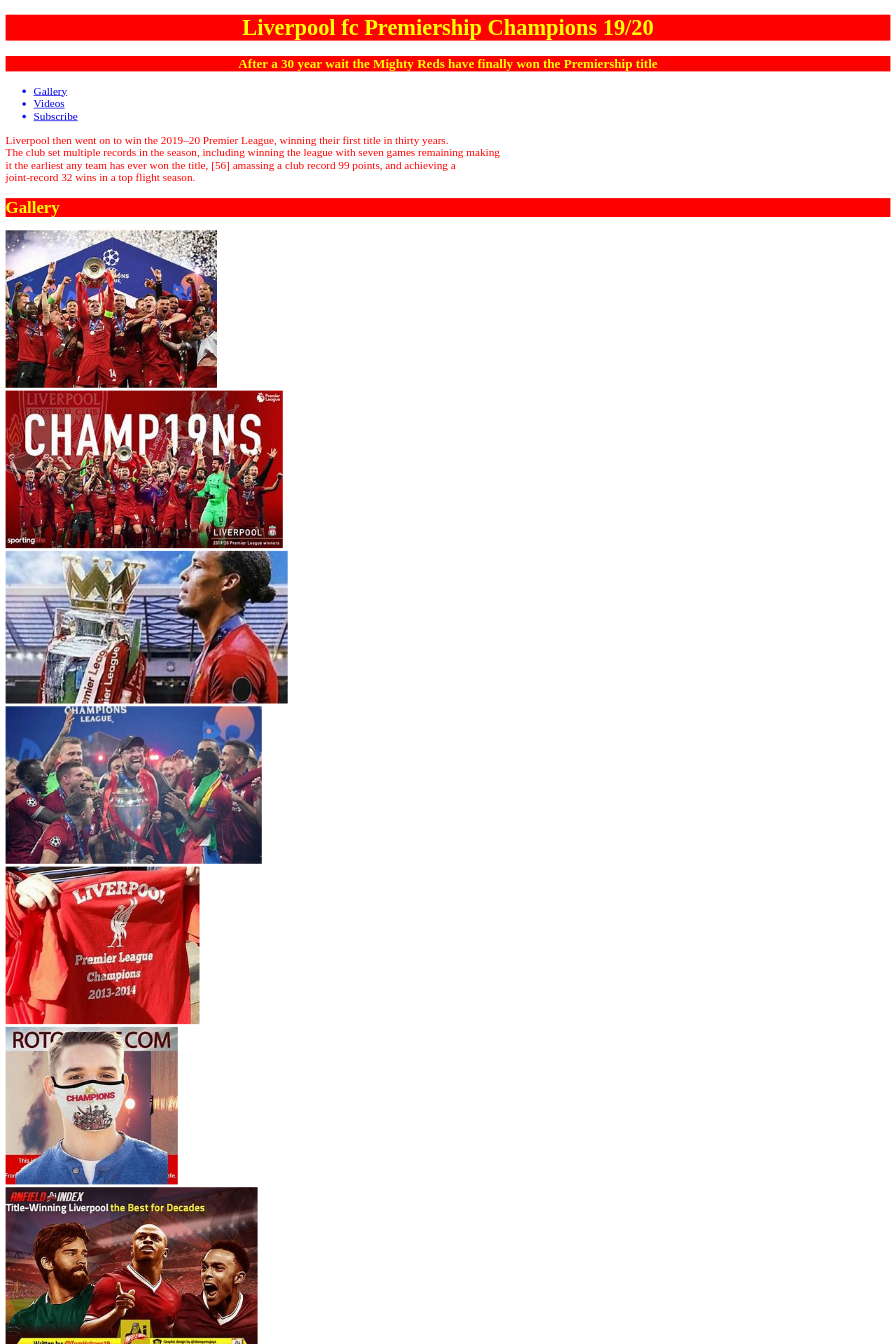
Repository: andyd71/HTML_and_CSS
Page: one_page_website/One_Page_Website.html
An editor plug-in stored every save of this project. The page is shown before and after the next save, followed by the edit.
The browser window is 1280 px wide. The pictures show the part of the page from y = 0 to 1920 px (the page is 3104 px tall before and 1741 px after), at 70% of full size.
Pictures or frames that could not be fetched are drawn as grey boxes.

Above is the page before, as saved 2020-10-09 13:05:51.

### one_page_website/One_Page_Website.html
<!DOCTYPE html>
<html lang="en">
<head>
<meta charset="utf-8">
<title>My LFC webpage</title>
<link rel = "stylesheet" type = "text/CSS" href = "./css/One_Page_Website.css">
</head>
<body>
<div id="home">
<header>
<h1>Liverpool fc Premiership Champions 19/20 </h1>
<h3>After a 30 year wait the Mighty Reds have finally won the Premiership title</h3>
</header>
<!--NAV-->

</div>
<div>
<ul>
<a href="#gallery"><li>Gallery</li>
<a href="#videos"><li>Videos</li>
<a href="#subscription"><li>Subscribe</li></a>
</ul>
</div>
<!--END NAV-->
<!--HOME-->
<div id="home">
<p>Liverpool then went on to win the 2019–20 Premier League, winning their first title in thirty years.<br>
 The club set multiple records in the season, including winning the league with seven games remaining making<br>
 it the earliest any team has ever won the title, [56] amassing a club record 99 points, and achieving a <br>
 joint-record 32 wins in a top flight season.</p>
 </div>
 <!--END HOME-->
 <!--GALLERY-->
 <h2>Gallery</h2>
 <div id="gallery">
    <div id="flex-container">

 <img src="./images/lfc1.jpeg" alt="lfc celebrations"></img><br>
 <img src="./images/lfc2.jpeg" alt="lfc celebrations2"></img><br>
 <img src="./images/lfc3.jpeg" alt="van dyk and trophy"></img><br>
 <img src="./images/lfc4.jpeg" alt="jurgen klopp"></img><br>
 <img src="./images/lfc5.jpeg" alt="lfc t shirt"></img><br>
 <img src="./images/lfc6.jpeg" alt="lfc face mask"></img><br>
 <img src="./images/lfc7.jpeg" alt="lfc trio"></img><br>
 <img src="./images/lfc8.jpeg" alt="jurgen klopp 2"></img><br>
 <img src="./images/lfc9.jpeg" alt="jurgen klopp 3"></img><br>
</div>
</div>
 <!--END GALLERY-->
 <!--VIDEO-->
 <div id="videos">
 <h2>Videos</h2>
 <p>All the premier league goals leading upto being crowned premiership champions</p>
 <iframe width="560" height="315" src="https://www.bing.com/videos/search?q=lfc+premier+league+champions&&view=detail&mid=1A960A4E3B330AA705841A960A4E3B330AA70584&&FORM=VRDGAR&ru=%2Fvideos%2Fsearch%3Fq%3Dlfc%2Bpremier%2Bleague%2Bchampions%26qs%3DAS%26form%3DQBVLPG%26sp%3D1%26pq%3Dlfc%2Bpremier%26sc%3D8-11%26cvid%3DD1CF79B54EFC4960A0E7F0BA9E0FD3FC" frameborder="0" allow="accelerometer; encrypted-media; gyroscope; picture-in-picture" allowfullscreen></iframe>
 </div>
<!--END VIDEO-->
<!--SUBSCRIPTION-->
<div id="subscription">
<p>If you would like to subscribe to my Liverpool fc website, please fill in your details below</p>

<form action="" method="post">
<input class="subscription" type="text" value="First name">
<input class="subscription" type="text" value="Last name">
<input class="subscription" type="text" value="Email address">
<input class="subscription" type="text" value="Phone number"><br><br>
<label class="terms"><p>Terms and conditions</p></label><br><br>
<input type="submit" value="Submit"><br><br>
</form>
</div>
<!--END SUBSCRIPTION-->

<!--FOOTER-->
<footer>
<div>
<p>www.andyslfcpage.com&nbsp;|&nbsp;&copy;2016</p>


</div>
<a href="#home" id="link"><li>Home</li>
</footer>
<!--END FOOTER-->

### one_page_website/css/One_page_website.css
h1 {
	color : yellow;
	text-align : center;
	font-weight : bold;
	background : red;
}
h3 {
	color : yellow;
	text-align : center;
	background : red;
}
h2 {
	color : yellow;
	background : red;
}
p  {
	color : red

}

.flex-container {
	display: -webkit-flex;
    display: flex;
    flex-wrap: wrap;
    padding: 10px;
    border-radius: 2px;
	margin: 0px auto;
	background-color: rgba(100, 65, 0, .3);
    box-shadow: 2px 2px 10px 0 rgba(0, 0, 0, 0.5);
}

.flex-container img {
	border: 3px solid red;
	width: 260px;
	height: 180px;
	border-radius: 8px;
}

After the next save:
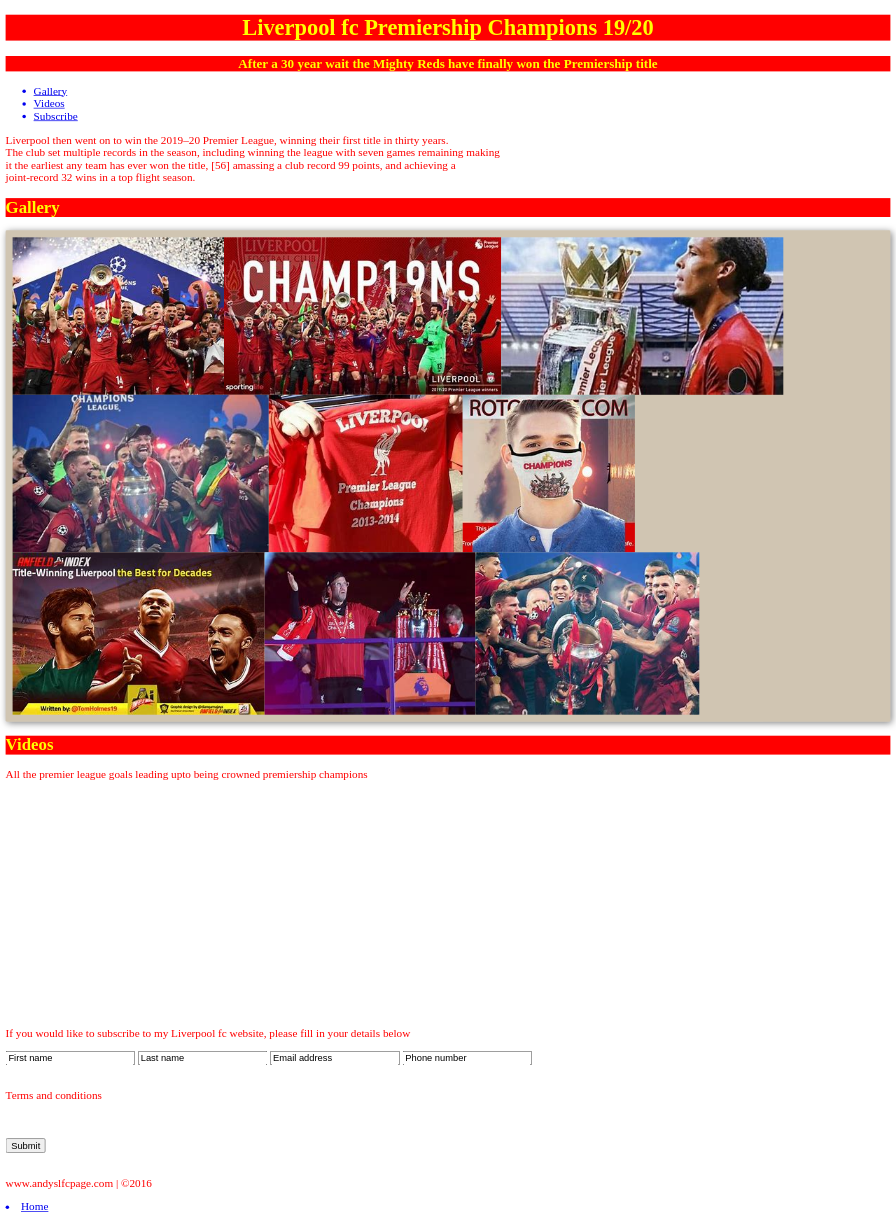
Saved 102 s later.
--- a/one_page_website/css/One_page_website.css
+++ b/one_page_website/css/One_page_website.css
@@ -18,7 +18,7 @@
 
 }
 
-.flex-container {
+#flex-container {
 	display: -webkit-flex;
     display: flex;
     flex-wrap: wrap;
